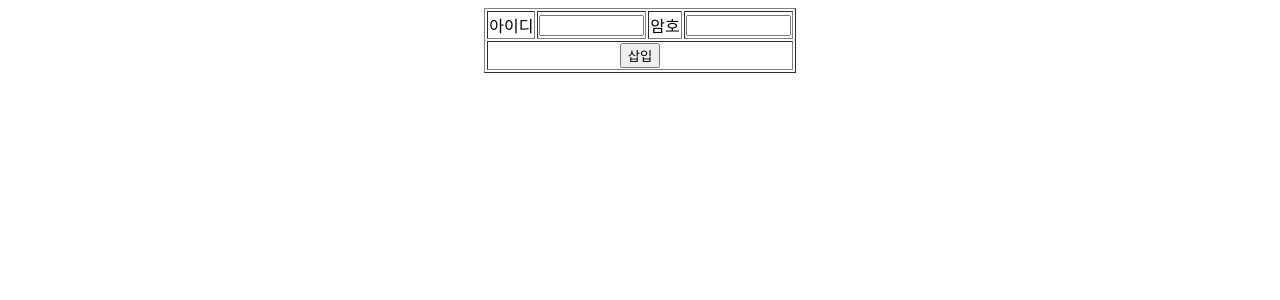
Repository: teeeeeeemo/workspace_jsp
Page: http://localhost/chap14/insert/insertForm.jsp
An editor plug-in stored every save of this project. The page is shown before and after the next save, followed by the edit.
The browser window is 1280 px wide. The pictures show the whole page.
The page is served by Tomcat 9. Nobody is signed in. The application's start-up code is not run.

Above is the page before, as saved 2017-01-12 14:19:17.

After the next save:
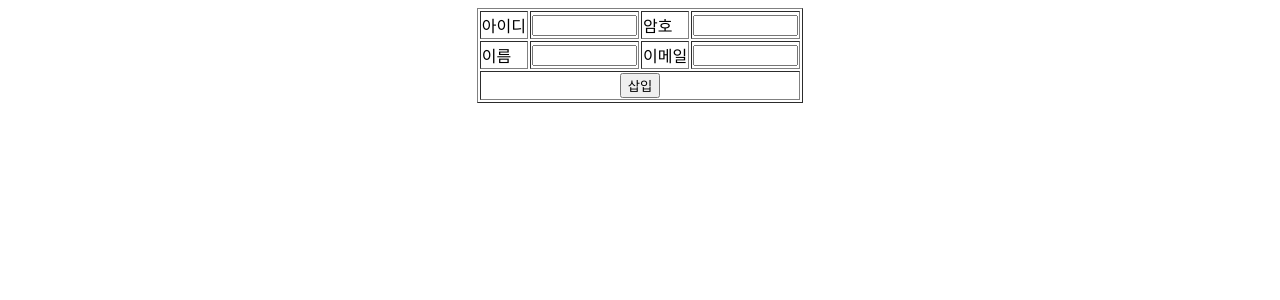
Saved 67 s later.
--- a/chap14/WebContent/insert/insertForm.jsp
+++ b/chap14/WebContent/insert/insertForm.jsp
@@ -17,6 +17,12 @@
 		<td><input type="text" name="password" size="10"></td>
 	</tr>
 	<tr>
+		<td>이름</td>
+		<td><input type="text" name="name" size="10"></td>
+		<td>이메일</td>
+		<td><input type="text" name="email" size="10"></td>
+
+	<tr>
 		<td colspan="4" align="center"><input type="submit" value="삽입"> </td>
 	</tr>
 
